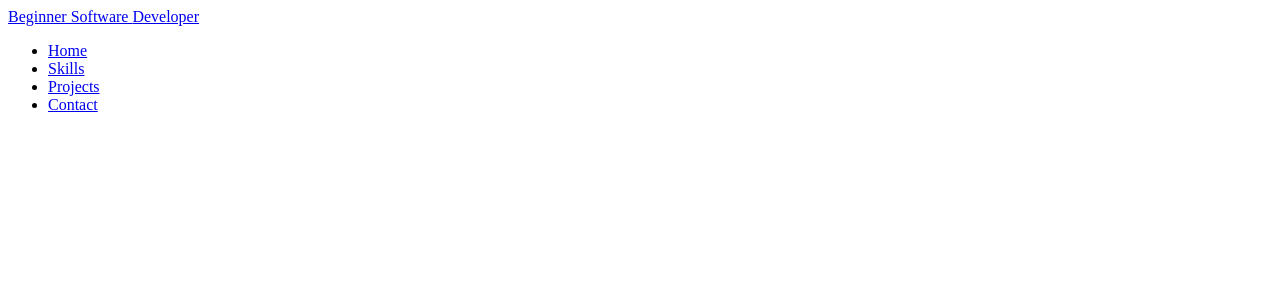
Repository: andajonas/ANDJON25111_fto2505_A_Anda-Jonas_CDV05
Page: index.html
An editor plug-in stored every save of this project. The page is shown before and after the next save, followed by the edit.
The browser window is 1280 px wide. The pictures show the whole page.

Above is the page before, as saved 2025-09-19 16:38:57.

After the next save:
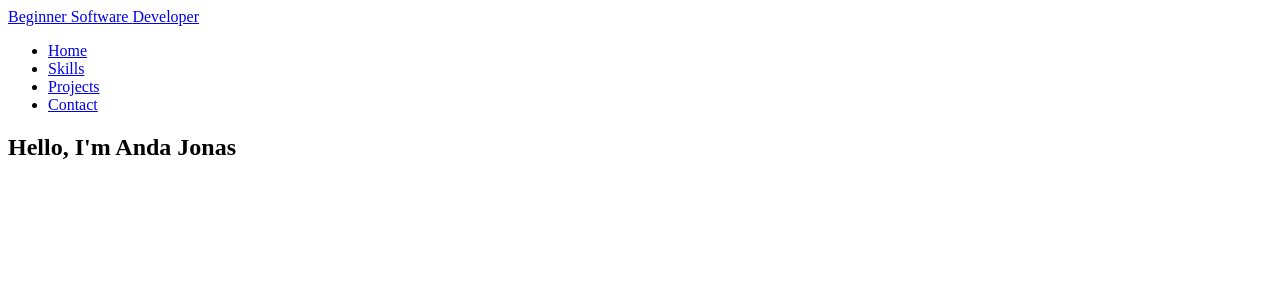
Saved 7 s later.
--- a/index.html
+++ b/index.html
@@ -27,7 +27,7 @@
         <div class="container">
             <div class="hero-content">
                 <div class="hero-text">
-                    <h1></h1>
+                    <h1>Hello, I'm Anda Jonas</h1>
 
             </div>
         </div>
